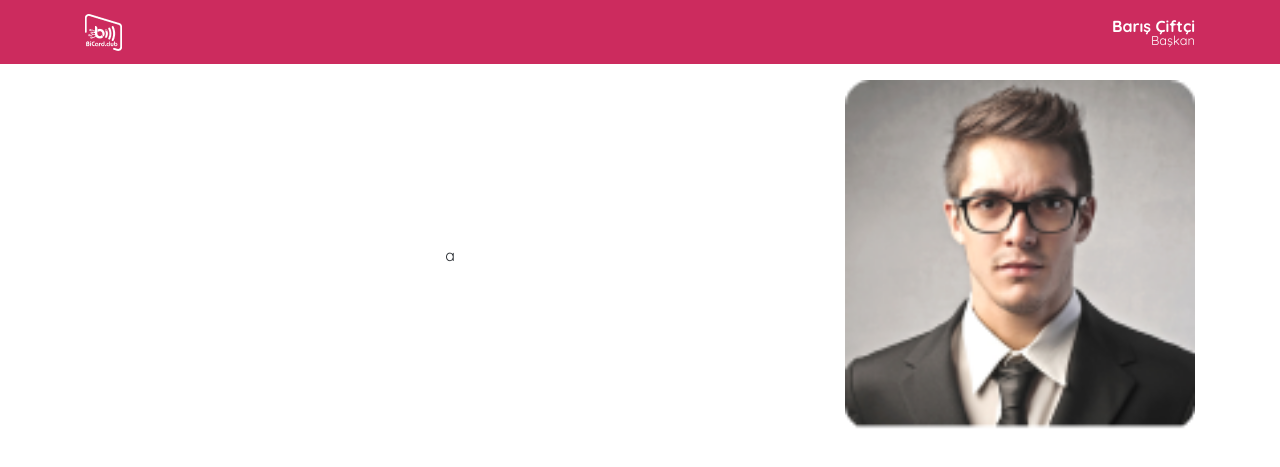
Repository: KayahanKahriman/bicard
Page: index.html
These files come from the project's save history. The page is drawn as it stood at one moment and after the next save; the edit follows.
The browser window is 1280 px wide. The pictures show the whole page.
The style sheet was rebuilt from its Sass, Less or Tailwind sources for each picture, by a compiler version that may differ from the author's.

Above is the page before, as saved 2021-12-01 11:33:19.

### index.html
<!doctype html>
<html>

<head>
    <meta name="viewport" content="width=device-width, initial-scale=1, maximum-scale=1, user-scalable=no">
    <meta charset="utf-8" />
    <title>Title</title>
    <link rel="preconnect" href="https://fonts.googleapis.com">
    <link rel="preconnect" href="https://fonts.gstatic.com" crossorigin>
    <link href="https://fonts.googleapis.com/css2?family=Quicksand:wght@400;500;700&display=swap" rel="stylesheet">
    <link href="./assets/css/style.css" type="text/css" rel="stylesheet" />
</head>

<body>
    <header id="app-bar">
        <div class="container h-100">
            <div class="row h-100 align-items-center justify-content-between">
                <div class="col-1">
                    <img src="./assets/images/logo.png" alt="">
                </div>
                <div class="col-11">
                    <div id="app-bar-right">
                        <p id="person-name">Barış Çiftçi</p>
                        <p id="person-title">Başkan</p>
                    </div>
                </div>
            </div>
        </div>
    </header>
    <section id="profile" class="py-3">
        <div class="container">
            <div class="row align-items-center justify-content-center text-center">
                <div class="col-8">
                    a
                </div>
                <div class="col-4">
                    <img class="img-contain" src="./assets/images/avatar.png" alt="">
                </div>
            </div>
        </div>
    </section>
    <script src="https://unpkg.com/swiper/swiper-bundle.min.js"></script>
    <script type="text/javascript" src="assets/js/index.js"></script>
</body>

</html>

### assets/scss/style.scss
@import "main";

#app-bar {
  background-color: var(--primary-color);
  height: var(--app-bar-height);
  width: 100%;
  color: white;

  #person-name,
  #person-title {
    line-height: 1;
    text-align: right;
    margin-bottom: 0;
  }

  #person-name {
    font-weight: 600;
  }

  #person-title {
    font-size: 0.8em;
  }
}

#profile {
  background-color: white;
  position: relative;
  top: var(--app-bar-height);
  position: fixed;
  width: 100%;
  height: 10em;
}
/*------------------------------------*\
    RESPONSIVE
\*------------------------------------*/

@media only screen and (min-width: 320px) {
}

@media only screen and (min-width: 480px) {
}

@media only screen and (min-width: 768px) {
}

@media only screen and (min-width: 1024px) {
}

@media only screen and (min-width: 1140px) {
}

@media only screen and (min-width: 1280px) {
}

@media only screen and (-webkit-min-device-pixel-ratio: 1.5),
  only screen and (min-resolution: 144dpi) {
}

### assets/scss/_main.scss
@import "./flex-grid/flexgrid";
@import "vars";
@import "https://unpkg.com/swiper/swiper-bundle.min.css";

*,
*:after,
*:before {
  margin: 0;
  padding: 0;
  -webkit-font-smoothing: antialiased;
  text-rendering: optimizeLegibility;
}

.row-no-padding {
  margin-left: 0;
  margin-right: 0;

  [class*="col-"] {
    padding-left: 0 !important;
    padding-right: 0 !important;
  }
}

a {
  color: var(--link-color);
  text-decoration: none;
}

a:hover,
a:focus,
a:active {
  text-decoration: none;
  outline: none;
}

html,
body {
  height: 100%;
  min-height: 100%;
}

body {
  font-size: 16px;
  color: var(--text-color);
  font-family: var(--primary-font);
  font-weight: 400;
}

.button {
  border-radius: 5px;
  padding: 0.8em 2em;
}

.primary-button {
  background-color: var(--primary-color);
}

.jumbo-button {
  background-color: var(--secondary-color);
}

.img-contain {
  width: 100%;
  height: 100%;
  object-fit: contain;
  object-position: center center;
}

### assets/scss/flex-grid/_flexgrid.scss
@import "functions";
@import "variables";
@import "mixins";
@import "reboot";
@import "utilities";
@import "grid";

### assets/scss/flex-grid/_functions.scss
// Bootstrap functions
//
// Utility mixins and functions for evaluating source code across our variables, maps, and mixins.

// Ascending
// Used to evaluate Sass maps like our grid breakpoints.
@mixin _assert-ascending($map, $map-name) {
  $prev-key: null;
  $prev-num: null;
  @each $key, $num in $map {
    @if $prev-num == null or unit($num) == "%" {
      // Do nothing
    } @else if not comparable($prev-num, $num) {
      @warn "Potentially invalid value for #{$map-name}: This map must be in ascending order, but key '#{$key}' has value #{$num} whose unit makes it incomparable to #{$prev-num}, the value of the previous key '#{$prev-key}' !";
    } @else if $prev-num >= $num {
      @warn "Invalid value for #{$map-name}: This map must be in ascending order, but key '#{$key}' has value #{$num} which isn't greater than #{$prev-num}, the value of the previous key '#{$prev-key}' !";
    }
    $prev-key: $key;
    $prev-num: $num;
  }
}

// Starts at zero
// Used to ensure the min-width of the lowest breakpoint starts at 0.
@mixin _assert-starts-at-zero($map, $map-name: "$grid-breakpoints") {
  $values: map-values($map);
  $first-value: nth($values, 1);
  @if $first-value != 0 {
    @warn "First breakpoint in #{$map-name} must start at 0, but starts at #{$first-value}.";
  }
}

// Replace `$search` with `$replace` in `$string`
// Used on our SVG icon backgrounds for custom forms.
//
// @author Hugo Giraudel
// @param {String} $string - Initial string
// @param {String} $search - Substring to replace
// @param {String} $replace ('') - New value
// @return {String} - Updated string
@function str-replace($string, $search, $replace: "") {
  $index: str-index($string, $search);

  @if $index {
    @return str-slice($string, 1, $index - 1) + $replace + str-replace(str-slice($string, $index + str-length($search)), $search, $replace);
  }

  @return $string;
}

// Color contrast
@function color-yiq($color, $dark: $yiq-text-dark, $light: $yiq-text-light) {
  $r: red($color);
  $g: green($color);
  $b: blue($color);

  $yiq: (($r * 299) + ($g * 587) + ($b * 114)) / 1000;

  @if ($yiq >= $yiq-contrasted-threshold) {
    @return $dark;
  } @else {
    @return $light;
  }
}

// Retrieve color Sass maps
@function color($key: "blue") {
  @return map-get($colors, $key);
}

@function theme-color($key: "primary") {
  @return map-get($theme-colors, $key);
}

@function gray($key: "100") {
  @return map-get($grays, $key);
}

// Request a theme color level
@function theme-color-level($color-name: "primary", $level: 0) {
  $color: theme-color($color-name);
  $color-base: if($level > 0, $black, $white);
  $level: abs($level);

  @return mix($color-base, $color, $level * $theme-color-interval);
}

### assets/scss/flex-grid/_mixins.scss
// Toggles
//
// Used in conjunction with global variables to enable certain theme features.

// Vendor
@import "vendor/rfs";


// Utilities
@import "mixins/breakpoints";
@import "mixins/image";
@import "mixins/hover";
@import "mixins/deprecate";
@import "mixins/text-hide";
@import "mixins/text-truncate";
@import "mixins/text-emphasis";
@import "mixins/size";


// // Layout
@import "mixins/clearfix";
@import "mixins/grid-framework";
@import "mixins/grid";
@import "mixins/float";

### assets/scss/flex-grid/mixins/_breakpoints.scss
// Breakpoint viewport sizes and media queries.
//
// Breakpoints are defined as a map of (name: minimum width), order from small to large:
//
//    (xs: 0, sm: 576px, md: 768px, lg: 992px, xl: 1200px)
//
// The map defined in the `$grid-breakpoints` global variable is used as the `$breakpoints` argument by default.

// Name of the next breakpoint, or null for the last breakpoint.
//
//    >> breakpoint-next(sm)
//    md
//    >> breakpoint-next(sm, (xs: 0, sm: 576px, md: 768px, lg: 992px, xl: 1200px))
//    md
//    >> breakpoint-next(sm, $breakpoint-names: (xs sm md lg xl))
//    md
@function breakpoint-next($name, $breakpoints: $grid-breakpoints, $breakpoint-names: map-keys($breakpoints)) {
  $n: index($breakpoint-names, $name);
  @return if($n != null and $n < length($breakpoint-names), nth($breakpoint-names, $n + 1), null);
}

// Minimum breakpoint width. Null for the smallest (first) breakpoint.
//
//    >> breakpoint-min(sm, (xs: 0, sm: 576px, md: 768px, lg: 992px, xl: 1200px))
//    576px
@function breakpoint-min($name, $breakpoints: $grid-breakpoints) {
  $min: map-get($breakpoints, $name);
  @return if($min != 0, $min, null);
}

// Maximum breakpoint width. Null for the largest (last) breakpoint.
// The maximum value is calculated as the minimum of the next one less 0.02px
// to work around the limitations of `min-` and `max-` prefixes and viewports with fractional widths.
// See https://www.w3.org/TR/mediaqueries-4/#mq-min-max
// Uses 0.02px rather than 0.01px to work around a current rounding bug in Safari.
// See https://bugs.webkit.org/show_bug.cgi?id=178261
//
//    >> breakpoint-max(sm, (xs: 0, sm: 576px, md: 768px, lg: 992px, xl: 1200px))
//    767.98px
@function breakpoint-max($name, $breakpoints: $grid-breakpoints) {
  $next: breakpoint-next($name, $breakpoints);
  @return if($next, breakpoint-min($next, $breakpoints) - .02, null);
}

// Returns a blank string if smallest breakpoint, otherwise returns the name with a dash in front.
// Useful for making responsive utilities.
//
//    >> breakpoint-infix(xs, (xs: 0, sm: 576px, md: 768px, lg: 992px, xl: 1200px))
//    ""  (Returns a blank string)
//    >> breakpoint-infix(sm, (xs: 0, sm: 576px, md: 768px, lg: 992px, xl: 1200px))
//    "-sm"
@function breakpoint-infix($name, $breakpoints: $grid-breakpoints) {
  @return if(breakpoint-min($name, $breakpoints) == null, "", "-#{$name}");
}

// Media of at least the minimum breakpoint width. No query for the smallest breakpoint.
// Makes the @content apply to the given breakpoint and wider.
@mixin media-breakpoint-up($name, $breakpoints: $grid-breakpoints) {
  $min: breakpoint-min($name, $breakpoints);
  @if $min {
    @media (min-width: $min) {
      @content;
    }
  } @else {
    @content;
  }
}

// Media of at most the maximum breakpoint width. No query for the largest breakpoint.
// Makes the @content apply to the given breakpoint and narrower.
@mixin media-breakpoint-down($name, $breakpoints: $grid-breakpoints) {
  $max: breakpoint-max($name, $breakpoints);
  @if $max {
    @media (max-width: $max) {
      @content;
    }
  } @else {
    @content;
  }
}

// Media that spans multiple breakpoint widths.
// Makes the @content apply between the min and max breakpoints
@mixin media-breakpoint-between($lower, $upper, $breakpoints: $grid-breakpoints) {
  $min: breakpoint-min($lower, $breakpoints);
  $max: breakpoint-max($upper, $breakpoints);

  @if $min != null and $max != null {
    @media (min-width: $min) and (max-width: $max) {
      @content;
    }
  } @else if $max == null {
    @include media-breakpoint-up($lower, $breakpoints) {
      @content;
    }
  } @else if $min == null {
    @include media-breakpoint-down($upper, $breakpoints) {
      @content;
    }
  }
}

// Media between the breakpoint's minimum and maximum widths.
// No minimum for the smallest breakpoint, and no maximum for the largest one.
// Makes the @content apply only to the given breakpoint, not viewports any wider or narrower.
@mixin media-breakpoint-only($name, $breakpoints: $grid-breakpoints) {
  $min: breakpoint-min($name, $breakpoints);
  $max: breakpoint-max($name, $breakpoints);

  @if $min != null and $max != null {
    @media (min-width: $min) and (max-width: $max) {
      @content;
    }
  } @else if $max == null {
    @include media-breakpoint-up($name, $breakpoints) {
      @content;
    }
  } @else if $min == null {
    @include media-breakpoint-down($name, $breakpoints) {
      @content;
    }
  }
}

### assets/scss/flex-grid/mixins/_image.scss
// Image Mixins
// - Responsive image
// - Retina image


// Responsive image
//
// Keep images from scaling beyond the width of their parents.

@mixin img-fluid {
  // Part 1: Set a maximum relative to the parent
  max-width: 100%;
  // Part 2: Override the height to auto, otherwise images will be stretched
  // when setting a width and height attribute on the img element.
  height: auto;
}


// Retina image
//
// Short retina mixin for setting background-image and -size.

@mixin img-retina($file-1x, $file-2x, $width-1x, $height-1x) {
  background-image: url($file-1x);

  // Autoprefixer takes care of adding -webkit-min-device-pixel-ratio and -o-min-device-pixel-ratio,
  // but doesn't convert dppx=>dpi.
  // There's no such thing as unprefixed min-device-pixel-ratio since it's nonstandard.
  // Compatibility info: https://caniuse.com/#feat=css-media-resolution
  @media only screen and (min-resolution: 192dpi), // IE9-11 don't support dppx
    only screen and (min-resolution: 2dppx) { // Standardized
    background-image: url($file-2x);
    background-size: $width-1x $height-1x;
  }
  @include deprecate("`img-retina()`", "v4.3.0", "v5");
}

### assets/scss/flex-grid/mixins/_hover.scss
// Hover mixin and `$enable-hover-media-query` are deprecated.
//
// Originally added during our alphas and maintained during betas, this mixin was
// designed to prevent `:hover` stickiness on iOS-an issue where hover styles
// would persist after initial touch.
//
// For backward compatibility, we've kept these mixins and updated them to
// always return their regular pseudo-classes instead of a shimmed media query.
//
// Issue: https://github.com/twbs/bootstrap/issues/25195

@mixin hover {
  &:hover { @content; }
}

@mixin hover-focus {
  &:hover,
  &:focus {
    @content;
  }
}

@mixin plain-hover-focus {
  &,
  &:hover,
  &:focus {
    @content;
  }
}

@mixin hover-focus-active {
  &:hover,
  &:focus,
  &:active {
    @content;
  }
}

### assets/scss/flex-grid/mixins/_grid-framework.scss
// Framework grid generation
//
// Used only by Bootstrap to generate the correct number of grid classes given
// any value of `$grid-columns`.

@mixin make-grid-columns($columns: $grid-columns, $gutter: $grid-gutter-width, $breakpoints: $grid-breakpoints) {
  // Common properties for all breakpoints
  %grid-column {
    position: relative;
    width: 100%;
    padding-right: $gutter / 2;
    padding-left: $gutter / 2;
  }

  @each $breakpoint in map-keys($breakpoints) {
    $infix: breakpoint-infix($breakpoint, $breakpoints);

    // Allow columns to stretch full width below their breakpoints
    @for $i from 1 through $columns {
      .col#{$infix}-#{$i} {
        @extend %grid-column;
      }
    }
    .col#{$infix},
    .col#{$infix}-auto {
      @extend %grid-column;
    }

    @include media-breakpoint-up($breakpoint, $breakpoints) {
      // Provide basic `.col-{bp}` classes for equal-width flexbox columns
      .col#{$infix} {
        flex-basis: 0;
        flex-grow: 1;
        max-width: 100%;
      }
      .col#{$infix}-auto {
        flex: 0 0 auto;
        width: auto;
        max-width: 100%; // Reset earlier grid tiers
      }

      @for $i from 1 through $columns {
        .col#{$infix}-#{$i} {
          @include make-col($i, $columns);
        }
      }

      .order#{$infix}-first { order: -1; }

      .order#{$infix}-last { order: $columns + 1; }

      @for $i from 0 through $columns {
        .order#{$infix}-#{$i} { order: $i; }
      }

      // `$columns - 1` because offsetting by the width of an entire row isn't possible
      @for $i from 0 through ($columns - 1) {
        @if not ($infix == "" and $i == 0) { // Avoid emitting useless .offset-0
          .offset#{$infix}-#{$i} {
            @include make-col-offset($i, $columns);
          }
        }
      }
    }
  }
}

### assets/scss/flex-grid/mixins/_grid.scss
/// Grid system
//
// Generate semantic grid columns with these mixins.

@mixin make-container($gutter: $grid-gutter-width) {
  width: 100%;
  padding-right: $gutter / 2;
  padding-left: $gutter / 2;
  margin-right: auto;
  margin-left: auto;
}


// For each breakpoint, define the maximum width of the container in a media query
@mixin make-container-max-widths($max-widths: $container-max-widths, $breakpoints: $grid-breakpoints) {
  @each $breakpoint, $container-max-width in $max-widths {
    @include media-breakpoint-up($breakpoint, $breakpoints) {
      max-width: $container-max-width;
    }
  }
}

@mixin make-row($gutter: $grid-gutter-width) {
  display: flex;
  flex-wrap: wrap;
  margin-right: -$gutter / 2;
  margin-left: -$gutter / 2;
}

@mixin make-col-ready($gutter: $grid-gutter-width) {
  position: relative;
  // Prevent columns from becoming too narrow when at smaller grid tiers by
  // always setting `width: 100%;`. This works because we use `flex` values
  // later on to override this initial width.
  width: 100%;
  padding-right: $gutter / 2;
  padding-left: $gutter / 2;
}

@mixin make-col($size, $columns: $grid-columns) {
  flex: 0 0 percentage($size / $columns);
  // Add a `max-width` to ensure content within each column does not blow out
  // the width of the column. Applies to IE10+ and Firefox. Chrome and Safari
  // do not appear to require this.
  max-width: percentage($size / $columns);
}

@mixin make-col-offset($size, $columns: $grid-columns) {
  $num: $size / $columns;
  margin-left: if($num == 0, 0, percentage($num));
}

### assets/scss/flex-grid/_utilities.scss
@import "utilities/align";
@import "utilities/clearfix";
@import "utilities/display";
@import "utilities/flex";
@import "utilities/float";
@import "utilities/position";
@import "utilities/text";
@import "utilities/spacing";
@import "utilities/sizing";

### assets/scss/flex-grid/utilities/_flex.scss
// stylelint-disable declaration-no-important

// Flex variation
//
// Custom styles for additional flex alignment options.

@each $breakpoint in map-keys($grid-breakpoints) {
  @include media-breakpoint-up($breakpoint) {
    $infix: breakpoint-infix($breakpoint, $grid-breakpoints);

    .flex#{$infix}-row            { flex-direction: row !important; }
    .flex#{$infix}-column         { flex-direction: column !important; }
    .flex#{$infix}-row-reverse    { flex-direction: row-reverse !important; }
    .flex#{$infix}-column-reverse { flex-direction: column-reverse !important; }

    .flex#{$infix}-wrap         { flex-wrap: wrap !important; }
    .flex#{$infix}-nowrap       { flex-wrap: nowrap !important; }
    .flex#{$infix}-wrap-reverse { flex-wrap: wrap-reverse !important; }
    .flex#{$infix}-fill         { flex: 1 1 auto !important; }
    .flex#{$infix}-grow-0       { flex-grow: 0 !important; }
    .flex#{$infix}-grow-1       { flex-grow: 1 !important; }
    .flex#{$infix}-shrink-0     { flex-shrink: 0 !important; }
    .flex#{$infix}-shrink-1     { flex-shrink: 1 !important; }

    .justify-content#{$infix}-start   { justify-content: flex-start !important; }
    .justify-content#{$infix}-end     { justify-content: flex-end !important; }
    .justify-content#{$infix}-center  { justify-content: center !important; }
    .justify-content#{$infix}-between { justify-content: space-between !important; }
    .justify-content#{$infix}-around  { justify-content: space-around !important; }

    .align-items#{$infix}-start    { align-items: flex-start !important; }
    .align-items#{$infix}-end      { align-items: flex-end !important; }
    .align-items#{$infix}-center   { align-items: center !important; }
    .align-items#{$infix}-baseline { align-items: baseline !important; }
    .align-items#{$infix}-stretch  { align-items: stretch !important; }

    .align-content#{$infix}-start   { align-content: flex-start !important; }
    .align-content#{$infix}-end     { align-content: flex-end !important; }
    .align-content#{$infix}-center  { align-content: center !important; }
    .align-content#{$infix}-between { align-content: space-between !important; }
    .align-content#{$infix}-around  { align-content: space-around !important; }
    .align-content#{$infix}-stretch { align-content: stretch !important; }

    .align-self#{$infix}-auto     { align-self: auto !important; }
    .align-self#{$infix}-start    { align-self: flex-start !important; }
    .align-self#{$infix}-end      { align-self: flex-end !important; }
    .align-self#{$infix}-center   { align-self: center !important; }
    .align-self#{$infix}-baseline { align-self: baseline !important; }
    .align-self#{$infix}-stretch  { align-self: stretch !important; }
  }
}

### assets/scss/flex-grid/utilities/_text.scss
// stylelint-disable declaration-no-important

//
// Text
//

.text-monospace { font-family: $font-family-monospace !important; }

// Alignment

.text-justify  { text-align: justify !important; }
.text-wrap     { white-space: normal !important; }
.text-nowrap   { white-space: nowrap !important; }
.text-truncate { @include text-truncate; }

// Responsive alignment

@each $breakpoint in map-keys($grid-breakpoints) {
  @include media-breakpoint-up($breakpoint) {
    $infix: breakpoint-infix($breakpoint, $grid-breakpoints);

    .text#{$infix}-left   { text-align: left !important; }
    .text#{$infix}-right  { text-align: right !important; }
    .text#{$infix}-center { text-align: center !important; }
  }
}

// Transformation

.text-lowercase  { text-transform: lowercase !important; }
.text-uppercase  { text-transform: uppercase !important; }
.text-capitalize { text-transform: capitalize !important; }

// Weight and italics

.font-weight-light   { font-weight: $font-weight-light !important; }
.font-weight-lighter { font-weight: $font-weight-lighter !important; }
.font-weight-normal  { font-weight: $font-weight-normal !important; }
.font-weight-bold    { font-weight: $font-weight-bold !important; }
.font-weight-bolder  { font-weight: $font-weight-bolder !important; }
.font-italic         { font-style: italic !important; }

// Contextual colors

.text-white { color: $white !important; }

@each $color, $value in $theme-colors {
  @include text-emphasis-variant(".text-#{$color}", $value);
}

.text-body { color: $body-color !important; }
.text-muted { color: $text-muted !important; }

.text-black-50 { color: rgba($black, .5) !important; }
.text-white-50 { color: rgba($white, .5) !important; }

// Misc

.text-hide {
  @include text-hide($ignore-warning: true);
}

.text-decoration-none { text-decoration: none !important; }

.text-break {
  word-break: break-word !important; // IE & < Edge 18
  overflow-wrap: break-word !important;
}

// Reset

.text-reset { color: inherit !important; }

### assets/scss/flex-grid/utilities/_spacing.scss
// stylelint-disable declaration-no-important

// Margin and Padding

@each $breakpoint in map-keys($grid-breakpoints) {
  @include media-breakpoint-up($breakpoint) {
    $infix: breakpoint-infix($breakpoint, $grid-breakpoints);

    @each $prop, $abbrev in (margin: m, padding: p) {
      @each $size, $length in $spacers {
        .#{$abbrev}#{$infix}-#{$size} { #{$prop}: $length !important; }
        .#{$abbrev}t#{$infix}-#{$size},
        .#{$abbrev}y#{$infix}-#{$size} {
          #{$prop}-top: $length !important;
        }
        .#{$abbrev}r#{$infix}-#{$size},
        .#{$abbrev}x#{$infix}-#{$size} {
          #{$prop}-right: $length !important;
        }
        .#{$abbrev}b#{$infix}-#{$size},
        .#{$abbrev}y#{$infix}-#{$size} {
          #{$prop}-bottom: $length !important;
        }
        .#{$abbrev}l#{$infix}-#{$size},
        .#{$abbrev}x#{$infix}-#{$size} {
          #{$prop}-left: $length !important;
        }
      }
    }

    // Negative margins (e.g., where `.mb-n1` is negative version of `.mb-1`)
    @each $size, $length in $spacers {
      @if $size != 0 {
        .m#{$infix}-n#{$size} { margin: -$length !important; }
        .mt#{$infix}-n#{$size},
        .my#{$infix}-n#{$size} {
          margin-top: -$length !important;
        }
        .mr#{$infix}-n#{$size},
        .mx#{$infix}-n#{$size} {
          margin-right: -$length !important;
        }
        .mb#{$infix}-n#{$size},
        .my#{$infix}-n#{$size} {
          margin-bottom: -$length !important;
        }
        .ml#{$infix}-n#{$size},
        .mx#{$infix}-n#{$size} {
          margin-left: -$length !important;
        }
      }
    }

    // Some special margin utils
    .m#{$infix}-auto { margin: auto !important; }
    .mt#{$infix}-auto,
    .my#{$infix}-auto {
      margin-top: auto !important;
    }
    .mr#{$infix}-auto,
    .mx#{$infix}-auto {
      margin-right: auto !important;
    }
    .mb#{$infix}-auto,
    .my#{$infix}-auto {
      margin-bottom: auto !important;
    }
    .ml#{$infix}-auto,
    .mx#{$infix}-auto {
      margin-left: auto !important;
    }
  }
}

### assets/scss/flex-grid/_grid.scss
// Container widths
//
// Set the container width, and override it for fixed navbars in media queries.

@if $enable-grid-classes {
  .container {
    @include make-container();
    @include make-container-max-widths();
  }
}

// Fluid container
//
// Utilizes the mixin meant for fixed width containers, but with 100% width for
// fluid, full width layouts.

@if $enable-grid-classes {
  .container-fluid {
    @include make-container();
  }
}

// Row
//
// Rows contain and clear the floats of your columns.

@if $enable-grid-classes {
  .row {
    @include make-row();
  }

  // Remove the negative margin from default .row, then the horizontal padding
  // from all immediate children columns (to prevent runaway style inheritance).
  .no-gutters {
    margin-right: 0;
    margin-left: 0;

    > .col,
    > [class*="col-"] {
      padding-right: 0;
      padding-left: 0;
    }
  }
}

// Columns
//
// Common styles for small and large grid columns

@if $enable-grid-classes {
  @include make-grid-columns();
}

### assets/scss/_vars.scss
:root {
  // Fonts
  --quicksand: "Quicksand", sans-serif;
  --primary-font: var(--quicksand);

  // Colors
  --primary-color: #cc2b5e;
  --secondary-color: #ffcc00;
  --text-color: #292d32;
  --link-color: #292d32;
  --alt-text-color: #616e7d;

  // Sizes
  --app-bar-height: 4em;
}

Loaded but not shown: assets/scss/flex-grid/vendor/_rfs.scss (common file); assets/scss/flex-grid/mixins/_deprecate.scss (common file); assets/scss/flex-grid/mixins/_text-hide.scss (common file); assets/scss/flex-grid/mixins/_text-truncate.scss (common file); assets/scss/flex-grid/mixins/_text-emphasis.scss (common file); assets/scss/flex-grid/mixins/_size.scss (common file); assets/scss/flex-grid/mixins/_clearfix.scss (common file); assets/scss/flex-grid/mixins/_float.scss (common file); assets/scss/flex-grid/utilities/_align.scss (common file); assets/scss/flex-grid/utilities/_clearfix.scss (common file); assets/scss/flex-grid/utilities/_display.scss (common file); assets/scss/flex-grid/utilities/_float.scss (common file); assets/scss/flex-grid/utilities/_position.scss (common file); assets/scss/flex-grid/utilities/_sizing.scss (common file); assets/js/index.js (6 lines, source omitted); assets/scss/flex-grid/_variables.scss (1123 lines, source omitted); assets/scss/flex-grid/_reboot.scss (483 lines, source omitted)

After the next save:
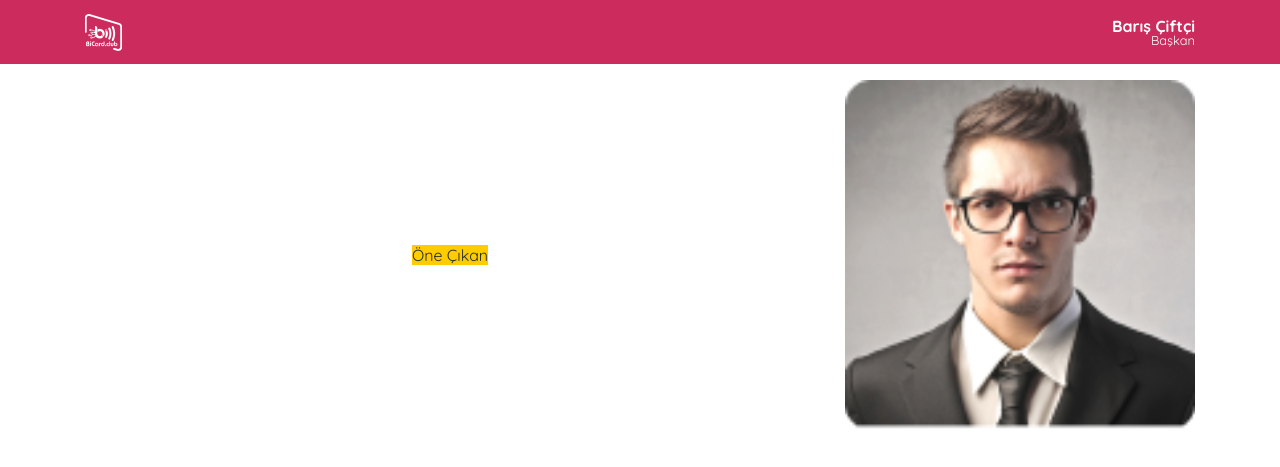
Saved 16 s later.
--- a/index.html
+++ b/index.html
@@ -31,7 +31,7 @@
         <div class="container">
             <div class="row align-items-center justify-content-center text-center">
                 <div class="col-8">
-                    a
+                    <a href="#" class="jumbo-button">Öne Çıkan</a>
                 </div>
                 <div class="col-4">
                     <img class="img-contain" src="./assets/images/avatar.png" alt="">
